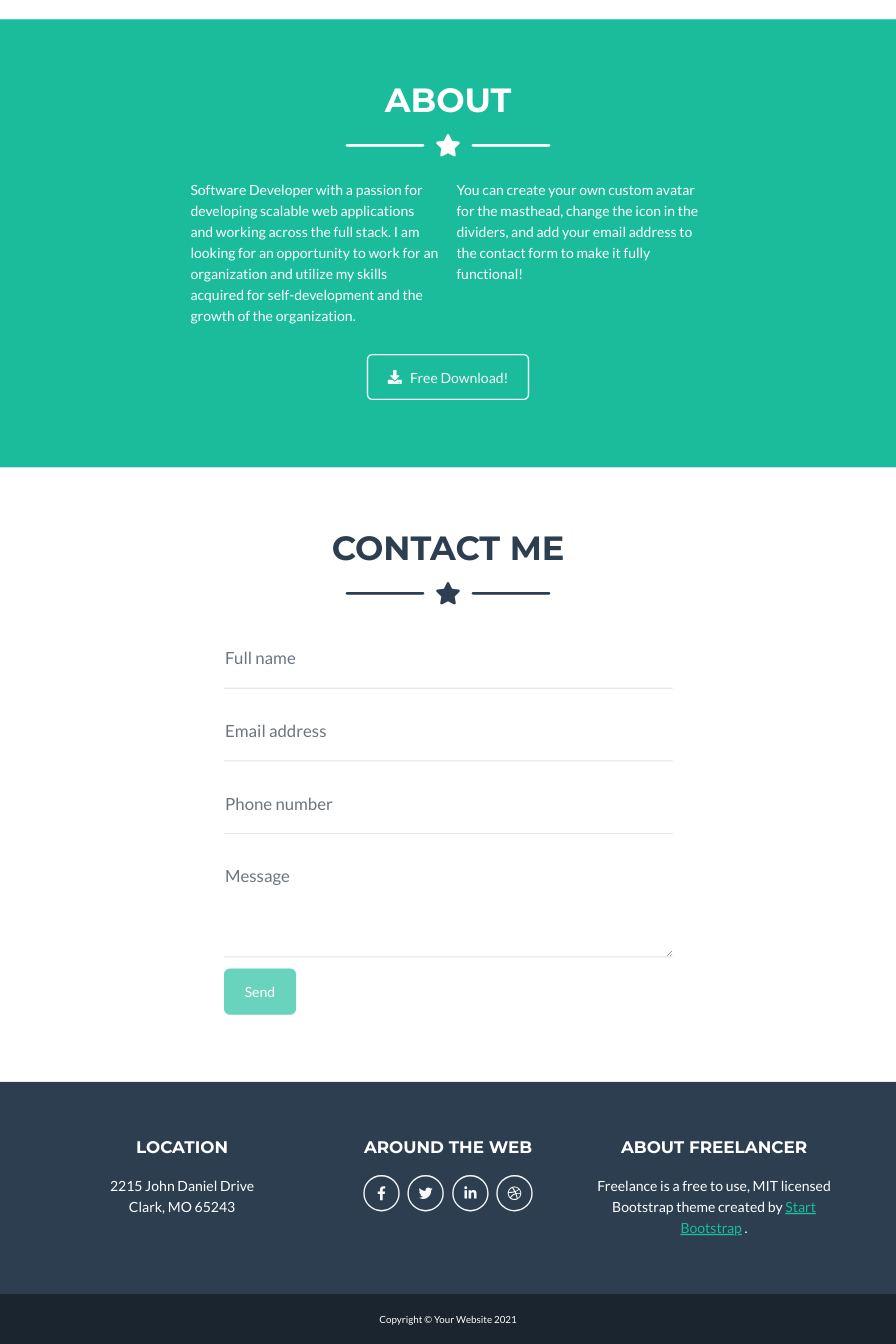
Repository: DeveloperHarish98/Portfolio-Website-With-Sign-Up-Login-Page
Page: http://localhost/signupProject/
These files come from the project's save history. The page is drawn as it stood at one moment and after the next save; the edit follows.
The browser window is 1280 px wide. The pictures show the part of the page from y = 1642 to 3562 px (the page is 3562 px tall before and 3532 px after), at 70% of full size.
The page is served by Tomcat 9. The session is filled in as if someone had signed in: {"name": "Test User"}.

Above is the page before, as saved 2024-10-23 09:11:16.

After the next save:
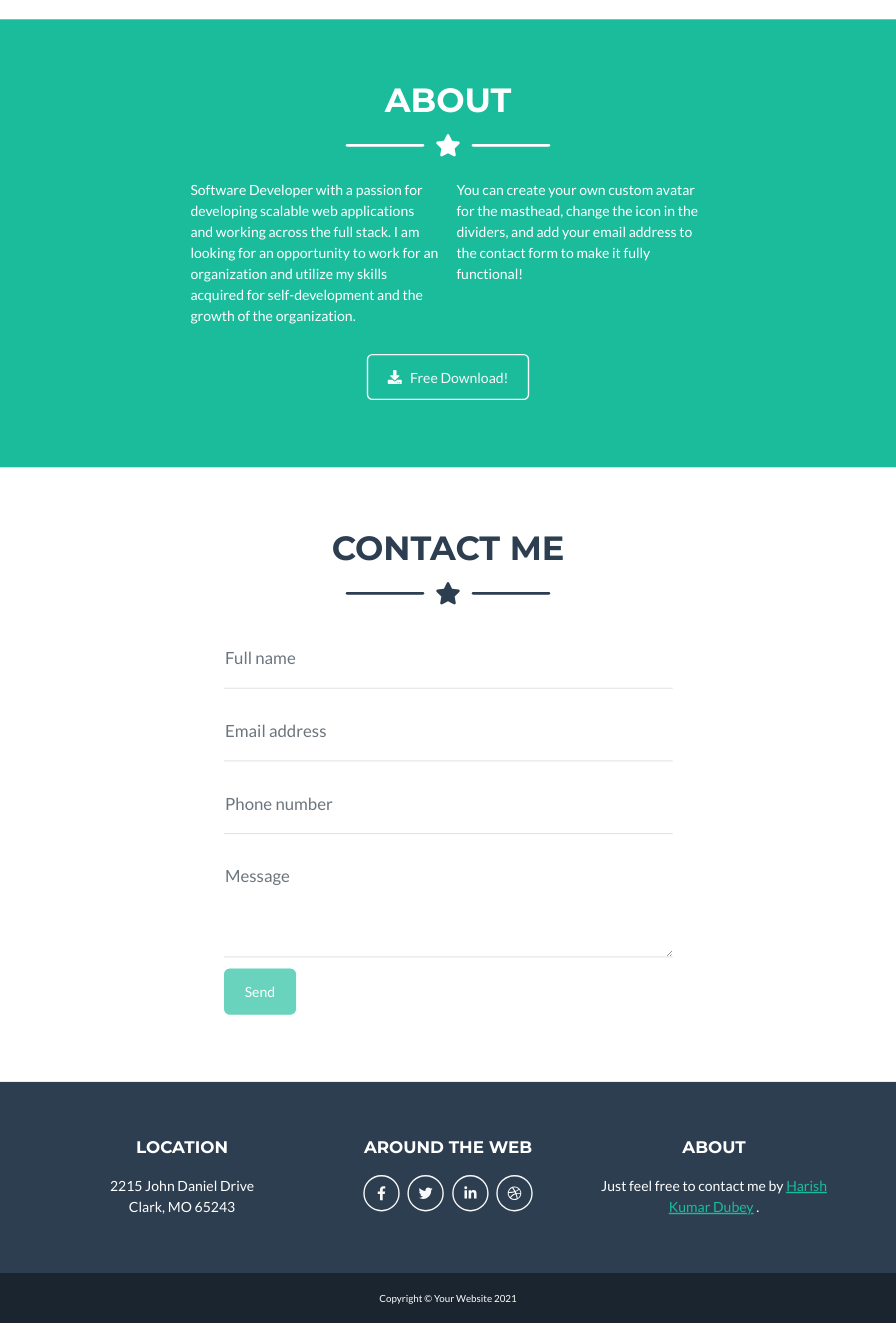
Saved 109 s later.
--- a/signupProject/src/main/webapp/index.jsp
+++ b/signupProject/src/main/webapp/index.jsp
@@ -330,10 +330,10 @@
 				</div>
 				<!-- Footer About Text-->
 				<div class="col-lg-4">
-					<h4 class="text-uppercase mb-4">About Freelancer</h4>
+					<h4 class="text-uppercase mb-4">About</h4>
 					<p class="lead mb-0">
-						Freelance is a free to use, MIT licensed Bootstrap theme created
-						by <a href="harishdubey98r@gmail.com">Start Bootstrap</a> .
+						Just feel free to contact me
+						by <a href="harishdubey98r@gmail.com">Harish Kumar Dubey</a> .
 					</p>
 				</div>
 			</div>
